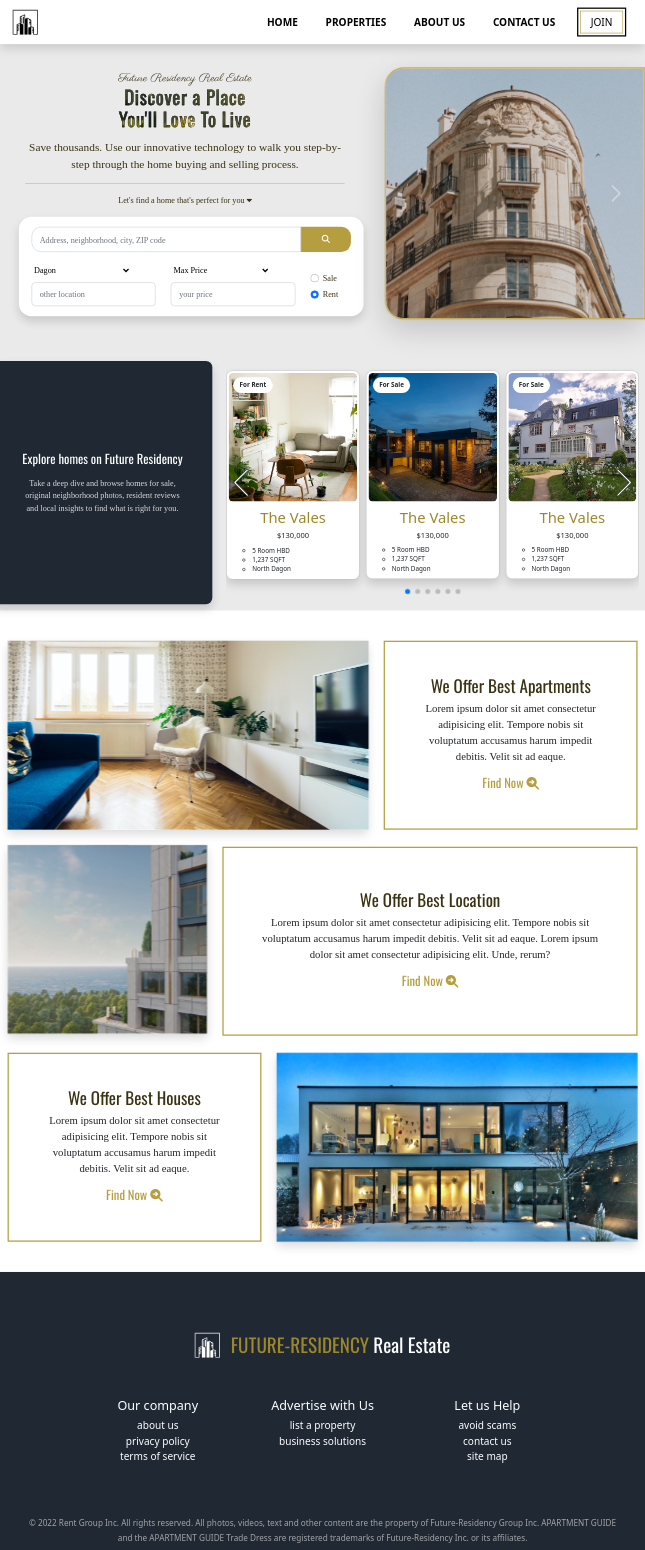
Repository: pyaestk/Future-residency
Page: index.html
The author's editor kept a copy of each file at every save. The page is drawn from the files as they stood at one save, then again after the next save.
The browser window is 1024 px wide. The pictures show the whole page, at 63% of full size.
Pictures or frames that could not be fetched are drawn as grey boxes. Some web fonts or font styles are not loaded; a fallback is used.

Above is the page before, as saved 2022-12-13 21:32:20.

### index.html
<!doctype html>
<html lang="en">

<head>
  <meta charset="utf-8">
  <meta name="viewport" content="width=device-width, initial-scale=1, minimum-scale=1, maximum-scale=1 ">
  <title>FUTURE-RESIDENCY</title>
  <!--bootstrap-->
  <link href="https://cdn.jsdelivr.net/npm/bootstrap@5.2.3/dist/css/bootstrap.min.css" rel="stylesheet"
    integrity="sha384-rbsA2VBKQhggwzxH7pPCaAqO46MgnOM80zW1RWuH61DGLwZJEdK2Kadq2F9CUG65" crossorigin="anonymous">

  <!--custom css-->
  <link rel="stylesheet" href="style.css" type="text/css">
  <link rel="stylesheet" href="styleMobileview.css" type="text/css">
  <link rel="stylesheet" href="styleTabletview.css" type="text/css">

  <!--font awesome-->
  <link rel="stylesheet" href="https://cdnjs.cloudflare.com/ajax/libs/font-awesome/6.2.1/css/all.min.css"
    integrity="sha512-MV7K8+y+gLIBoVD59lQIYicR65iaqukzvf/nwasF0nqhPay5w/9lJmVM2hMDcnK1OnMGCdVK+iQrJ7lzPJQd1w=="
    crossorigin="anonymous" referrerpolicy="no-referrer" />

  <!--swiper js-->
  <link rel="stylesheet" href="https://cdn.jsdelivr.net/npm/swiper@8/swiper-bundle.min.css" />

</head>

<body>

  <!-- background -->
  <div class="background"></div>

  <!--navigation-->
  <nav class="shadow">
    <div class="logo-area">
      <img src="img/FUTURE_ReSIDENCY-removebg-preview.png" alt="logo" class="logo">
      <span>FUTURE-RESIDENCY</span>
    </div>


    <!--desktop-->
    <div class="navlinks" id="nav-right">
      <div class="icon closeMenubar shadow" onclick="hideMenu()">
        <i class="fa-solid fa-xmark"></i>
      </div>
      <ul>
        <li><a href="#">HOME</a></li>
        <li><a href="properties.html">PROPERTIES</a></li>
        <li><a href="aboutUs.html">ABOUT US</a></li>
        <li><a href="contactUs.html">CONTACT US</a></li>
        <a href="singIn.html" class="navibutton">JOIN</a></li>
      </ul>
    </div>
    <div class="icon openMenubar">
      <i class="fa-solid fa-bars" onclick="showMenu()"></i>
    </div>
  </nav>
  <!--end navigation-->


  <!--jumbotron-->
  <div class="jumbotron mb-5">
    <div class="row mt-3">

      <div class="col-md-7 content">
        <div class="row px-5 text-center">
          <div class="col-md-12 mt-4 px-1">
            <div class="subtext text-center">
              <h4 class="mb-0">Future Residency Real Estate</h4>
            </div>
            <p>Discover a Place <br> You'll Love To Live</p>
            <div class="subtext my-2 text-center">
              <span>Save thousands. Use our innovative technology to walk you
                step-by-step through the home buying and selling process.</span>
            </div>
            <hr>
          </div>
        </div>

        <div class="row justify-content-md-center formsession">
          <div class="col-md-12">
            <div class="mb-3 text-center">
              <span style="--delay: .4s; ">
                Let's find a home that's perfect for you <i class="fa-sharp fa-solid fa-caret-down"></i>
              </span>
            </div>
            <div class="searchSection shadow  py-3 " style="--delay: 1s;">
              <div class="row">
                <div class="container input-group form-area mb-3 searchgroup">
                  <input type="text" class="form-control searchbar" placeholder="Address, neighborhood, city, ZIP code">
                  <button><i class="fa-solid fa-magnifying-glass"></i></button>
                </div>
              </div>
              <div class="row">
                <div class="col-md-5 col">
                  <select name="" id="">
                    <option value="">Dagon</option>
                    <option value="">North Dagon</option>
                    <option value="">Yankin</option>
                    <option value="">San Chaung</option>
                  </select>
                  <input type="text" class="form-control" placeholder="other location">
                </div>
                <div class="col-md-5 col">
                  <select name="" id="">
                    <option value="">Max Price</option>
                    <option value="">Average</option>
                    <option value="">Min Price</option>
                  </select>
                  <input type="text" class="form-control" placeholder="your price">
                </div>
                <div class="col-md-2 pt-3 col-3">
                  <div class="form-check">
                    <input class="form-check-input" type="radio" name="flexRadioDefault" id="flexRadioDefault1">
                    <label class="form-check-label" for="flexRadioDefault1">
                      Sale
                    </label>
                  </div>
                  <div class="form-check">
                    <input class="form-check-input" type="radio" name="flexRadioDefault" id="flexRadioDefault2" checked>
                    <label class="form-check-label" for="flexRadioDefault2">
                      Rent
                    </label>
                  </div>
                </div>
              </div>
            </div>
          </div>
        </div>
      </div>

      <div class="col-md-5 text-center customCarousel my-2">
        <div id="carouselExampleCaptions" class="carousel slide w-100" data-bs-ride="true">
          <div class="carousel-inner carouselborder shadow-lg">
            <div class="carousel-item">
              <video src="img/carouselvideo1.mp4" poster="img/video-poster.jpg" autoplay loop muted></video>
            </div>
            <div class="carousel-item">
              <img src="img/pexels-alesia-talkachova-2768311.jpg" alt="">
            </div>
            <div class="carousel-item active">
              <img src="img/pexels-mathias-reding-5331975.jpg" alt="">
            </div>
          </div>
          <button class="carousel-control-next" type="button" data-bs-target="#carouselExampleCaptions"
            data-bs-slide="next">
            <span class="carousel-control-next-icon" aria-hidden="true"></span>
            <span class="visually-hidden">Next</span>
          </button>
        </div>
      </div>
    </div>
  </div>
  <!--end jumbotron-->

  <div class="group1">
    <div class="row">

      <div class="col-md-4">
        <div class="row label2 shadow">
          <div class="col-md-12 text-center" >

            <h3 id="reveal2">Explore homes on Future Residency</h3>
            <p class="sublabel" id="reveal3" style="font-family: 'Cormorant Infant', serif;">
              Take a deep dive and browse homes for sale, original neighborhood photos, resident reviews and local
              insights to find what is right for you.
            </p>

          </div>
        </div>
      </div>

      <div class="col-md-8">

        <div class="row featuredcard">
          <div class="col-md-12">
            <!--index swiperJs-->
            <div class="swiper mySwiper">
              <div class="swiper-wrapper mb-4">
                <div class="swiper-slide">

                  <div class="card salecard shadow">
                    <div class="salecard-img">
                      <img src="img/apartment1.jpg" class="card-img-top" alt="...">
                      <div class="layer">
                        <a href="saleItem.html" class="text-decoration-none text-white"><h6> See More <i class="fa-sharp fa-solid fa-arrow-right-from-bracket"></i></h6></a>
                      </div>
                      <div class="layer2">
                        <span>For Rent</span>
                      </div>
                    </div>
                    <div class="salecard-body">
                      <div class="row">
                        <div class="col-md-12 text-center">
                          <h4>The Vales</h4>
                          <h6>$130,000</h6>
                        </div>
                        <div class="col-md-12">
                          <li>5 Room HBD</li>
                          <li>1,237 SQFT</li>
                          <li>North Dagon</li>
                        </div>
                      </div>
                    </div>
                  </div>

                </div>
                <div class="swiper-slide">

                  <div class="card salecard shadow">
                    <div class="salecard-img">
                      <img src="img/house3.jpg" class="card-img-top" alt="...">
                      <div class="layer">
                        <h6> See More <i class="fa-sharp fa-solid fa-arrow-right-from-bracket"></i></h6>
                      </div>
                      <div class="layer2">
                        <span>For Sale</span>
                      </div>
                    </div>
                    <div class="salecard-body">
                      <div class="row">
                        <div class="col-md-12 text-center">
                          <h4>The Vales</h4>
                          <h6>$130,000</h6>
                        </div>
                        <div class="col-md-12">
                          <li>5 Room HBD</li>
                          <li>1,237 SQFT</li>
                          <li>North Dagon</li>
                        </div>
                      </div>
                    </div>
                  </div>

                </div>
                <div class="swiper-slide">

                  <div class="card salecard shadow">
                    <div class="salecard-img">
                      <img src="img/house1.jpg" class="card-img-top" alt="...">
                      <div class="layer">
                        <h6> See More <i class="fa-sharp fa-solid fa-arrow-right-from-bracket"></i></h6>
                      </div>
                      <div class="layer2">
                        <span>For Sale</span>
                      </div>
                    </div>
                    <div class="salecard-body">
                      <div class="row">
                        <div class="col-md-12 text-center">
                          <h4>The Vales</h4>
                          <h6>$130,000</h6>
                        </div>
                        <div class="col-md-12">
                          <li>5 Room HBD</li>
                          <li>1,237 SQFT</li>
                          <li>North Dagon</li>
                        </div>
                      </div>
                    </div>
                  </div>

                </div>
                <div class="swiper-slide">

                  <div class="card salecard shadow">
                    <div class="salecard-img">
                      <img src="img/house5.jpg" class="card-img-top" alt="...">
                      <div class="layer">
                        <h6> See More <i class="fa-sharp fa-solid fa-arrow-right-from-bracket"></i></h6>
                      </div>
                      <div class="layer2">
                        <span>For Sale</span>
                      </div>
                    </div>
                    <div class="salecard-body">
                      <div class="row">
                        <div class="col-md-12 text-center">
                          <h4>The Vales</h4>
                          <h6>$130,000</h6>
                        </div>
                        <div class="col-md-12">
                          <li>5 Room HBD</li>
                          <li>1,237 SQFT</li>
                          <li>North Dagon</li>
                        </div>
                      </div>
                    </div>
                  </div>

                </div>
                <div class="swiper-slide">

                  <div class="card salecard shadow">
                    <div class="salecard-img">
                      <img src="img/house10.jpg" class="card-img-top" alt="...">
                      <div class="layer">
                        <h6> See More <i class="fa-sharp fa-solid fa-arrow-right-from-bracket"></i></h6>
                      </div>
                      <div class="layer2">
                        <span>For Sale</span>
                      </div>
                    </div>
                    <div class="salecard-body">
                      <div class="row">
                        <div class="col-md-12 text-center">
                          <h4>The Vales</h4>
                          <h6>$130,000</h6>
                        </div>
                        <div class="col-md-12">
                          <li>5 Room HBD</li>
                          <li>1,237 SQFT</li>
                          <li>North Dagon</li>
                        </div>
                      </div>
                    </div>
                  </div>

                </div>
                <div class="swiper-slide">

                  <div class="card salecard shadow">
                    <div class="salecard-img">
                      <img src="img/apartment5.jpg" class="card-img-top" alt="...">
                      <div class="layer">
                        <h6> See More <i class="fa-sharp fa-solid fa-arrow-right-from-bracket"></i></h6>
                      </div>
                      <div class="layer2">
                        <span>For Rent</span>
                      </div>
                    </div>
                    <div class="salecard-body">
                      <div class="row">
                        <div class="col-md-12 text-center">
                          <h4>The Vales</h4>
                          <h6>$130,000</h6>
                        </div>
                        <div class="col-md-12">
                          <li>5 Room HBD</li>
                          <li>1,237 SQFT</li>
                          <li>North Dagon</li>
                        </div>
                      </div>
                    </div>
                  </div>

                </div>

              </div>

              <div class="swiper-button-next" style="color: #ffffff;   -webkit-text-stroke-width: 1px;
              -webkit-text-stroke-color: #1F2833;"></div>

              <div class="swiper-button-prev text-light" style="color: #ffffff;   -webkit-text-stroke-width: 1px;
              -webkit-text-stroke-color: #1F2833;"></div>

              <div class="swiper-pagination"></div>
            </div>
          </div>
          <!--swiperJs end-->
        </div>
      </div>

    </div>
  </div>
  <!--group1 end-->




  <div class="container-fluid pt-5">
    <div class="row pic-container">
      <div class="col-md-7">
        <div class="pic1">
          <img class="shadow" src="img/jarek-ceborski-jn7uVeCdf6U-unsplash.jpg" alt="" id="reveal2">
        </div>
      </div>
      <div class=" col-md-5 d-flex flex-column justify-content-center">
        <div class="pic1-caption d-flex flex-column justify-content-center px-5 align-items-center" >
          <h3 id="reveal">We Offer Best Apartments</h3>
          <span id="reveal2">Lorem ipsum dolor sit amet consectetur adipisicing elit.
             Tempore nobis sit voluptatum accusamus harum impedit debitis.
             Velit sit ad eaque.
          </span>
          <a href="properties.html" class="text-decoration-none"><h6 id="reveal3">Find Now <i class="fa-solid fa-magnifying-glass-arrow-right"></i></h6></a>
        </div>
      </div>
    </div>
  </div>
  <div class="container-fluid pt-2">
    <div class="row mt-3">
      <div class="col-md-4 vid">
        <video class="shadow" src="img/1624370561481-FbR_sea_fin_2905 - converted with Clipchamp.mp4" muted autoplay loop poster="img/Screenshot 2022-12-05 124058.jpg" id="reveal2"></video>
      </div>
      <div class=" col-md-8 d-flex flex-column justify-content-center">
        <div class="vid-caption px-5 d-flex flex-column justify-content-center align-items-center" >
          <h3 id="reveal">We Offer Best Location</h3>
          <span id="reveal2">Lorem ipsum dolor sit amet consectetur adipisicing elit.
            Tempore nobis sit voluptatum accusamus harum impedit debitis.
            Velit sit ad eaque.
            Lorem ipsum dolor sit amet consectetur adipisicing elit. Unde, rerum?
          </span>
          <a href="properties.html" class="text-decoration-none"><h6 id="reveal3">Find Now <i class="fa-solid fa-magnifying-glass-arrow-right"></i></h6></a>
        </div>
      </div>

    </div>
  </div>

  <div class="container-fluid pt-2 mb-5">
    <div class="row mt-3 pic2-container">

      <div class=" col-md-5 d-flex flex-column justify-content-center">
        <div class="pic2-caption px-5 d-flex flex-column justify-content-center align-items-center">
          <h3 id="reveal">We Offer Best Houses</h3>
          <span id="reveal2">Lorem ipsum dolor sit amet consectetur adipisicing elit.
            Tempore nobis sit voluptatum accusamus harum impedit debitis.
            Velit sit ad eaque.
          </span>
          <a href="properties.html" class="text-decoration-none"><h6 id="reveal3">Find Now <i class="fa-solid fa-magnifying-glass-arrow-right"></i></h6></a>
        </div>
      </div>
      <div class="col-md-7 pic2">
        <img class="shadow" src="img/stephan-bechert-yFV39g6AZ5o-unsplash.jpg" alt="" id="reveal">
      </div>

    </div>
  </div>



  <!--footer-->
  <div class="footer pt-5">
    <div class="container text-center text-white">
      <div class="row">
        <div class="col-md-12 my-5" id="reveal3">
          <h2><img src="img/FUTURE_ReSIDENCY-removebg-preview-modified.png" alt="logo" class="logo pb-2"><span>
              FUTURE-RESIDENCY </span> Real Estate</h2>
        </div>
      </div>
      <div class="row pb-5 gap-5 justify-content-md-center">
        <div class="col col-md-3" id="reveal3">
          </ul>
          <h5>Our company</h5>
          <div>about us</div>
          <div>privacy policy</div>
          <div>terms of service</div>
        </div>
        <div class="col-md-auto" id="reveal3">
          <h5>Advertise with Us</h5>
          <div>list a property</div>
          <div>business solutions</div>
        </div>
        <div class="col col-md-3" id="reveal3">
          <h5>Let us Help</h5>
          <div>avoid scams</div>
          <div>contact us</div>
          <div>site map</div>
        </div>
      </div>
      <hr>
      <div class="row text-center pb-2">
        <div class="col-md-12">
          <span class="copyright" id="reveal3">© 2022 Rent Group Inc. All rights reserved. All photos, videos, text and other content
            are the property of Future-Residency Group Inc. APARTMENT GUIDE and the APARTMENT GUIDE Trade Dress
            are registered trademarks of Future-Residency Inc. or its affiliates.</span>
        </div>
      </div>
    </div>
  </div>



  <!--swiper js-->
  <script src="https://cdn.jsdelivr.net/npm/swiper@8/swiper-bundle.min.js"></script>

  <!--javascript-->
  <script src="app.js"></script>

  <!--bootstrap-->
  <script src="https://cdn.jsdelivr.net/npm/bootstrap@5.2.3/dist/js/bootstrap.bundle.min.js"
    integrity="sha384-kenU1KFdBIe4zVF0s0G1M5b4hcpxyD9F7jL+jjXkk+Q2h455rYXK/7HAuoJl+0I4"
    crossorigin="anonymous"></script>
</body>

</html>

### styleTabletview.css

/* mobile view */

@media only screen and (min-width: 768px) and (max-width: 1100px) {
   /* navigation */
  .logo-area span{
    display: none;
  }

  /* jumbotron */
  .jumbotron p{
    font-size: 30px;
    line-height: 35px;
  }
  .subtext h4, .subtext{
    font-size: 18px;
  }
  .indexBackground{
    background: linear-gradient(90deg, #EAEAEA 65%, #EAEAEA -30%);
  }
  .searchSection{
    margin: 10px 10px 10px 30px;
    padding: 10px 20px;
  }
  .carouselborder{
    height: 400px;
  }
  .carouselborder img{
    /* max-height: 129vh; */
    height: 400px;
  }
  .carousel-control-next{
    padding-right: 30px;
  }
  .formsession span{
    font-size: 13px;
  }
  /* jumbotron end */

  /* first group */
  .group1{
    padding-top: 10px;
    padding-bottom: 10px;
  }
  .label2{
    border-radius: 10px;
    padding: 40px 15px 40px 15px;
  }
  .label2 h3{
    font-size: 20px;
  }
  .sublabel{
    font-size: 13px;
    padding-top: 10px;
  }
  .salecard li{
    padding-left: 20px;
  }
  .featuredcard{
    padding: 0 10px;
  }
  /* second group */
  .label{
    color: #1F2833;
    background-color: white;
    margin: 0 10px;
    border-radius: 10px;
  }
  .label h3{
    font-size: 20px;
    padding: 20px 10px;
  }

  .housecard .salecard{
    width: 230px;
    padding: 0;
  }

  .salecard h6{
    font-size: 12px;
    padding-bottom: 0;
  }
  .salecard li{
    font-size: 10px;
    padding-left: 20px;
    list-style-type: circle;
  }
  .layer h5{
    font-size: 12px;
  }

  .layer2{
    font-size: 10px;
    padding: 3px 3px;
  }

  /* properties */
  .searchSection{
    font-size: 13px;
  }
  .searchSection input::placeholder{
    font-size: 13px;
  }

  /* aboutUs */
  .ourhistory .label2{
    color: white;
    background-color: #1F2833;
    padding: 10px;
    margin-right: 0!important;
  }
  .ourhistory .history{
    border-radius: 20px 5px 5px 20px;
    margin-left: 0!important;
  }
  .history{
    text-align: justify;
    font-size: 10px;
  }
  .locationsession{
    text-align: center;
    margin: 10px;
  }
  .about-caption{
    font-size: 13px;
  }
  .conclusion h3{
    font-size: 20px;
  }
  .conclusion p{
    font-size: 13px;
    text-align: justify;
  }

  /* contact us */
  .contactsession h3{
    font-size: 16px;
  }
  .card-text{
    font-size: 14px;
  }
  .contactCard{
    height: 300px;
  }
  .contactCard h4{
    font-size: 18px;
  }
  .contactCard h6{
    font-size: 14px;
  }
  .contactCard p{
    font-size: 12px;
  }
  .locationsession h4{
    font-size: 15px;
  }
  .question span{
    font-size: 13px;
  }

  /* sign in page */
  .login-form{
    margin-top: 25px;
    min-height: 60vh;
  }
  .login-video{
    margin-top: 25px;
  }
  .loginlayer{
    width: 270px;
  }
  .loginlayer h3{
    font-size: 20px;
  }
  .loginlayer h6{
    font-size: 13px;
  }

  /* saleitem page */
  .itemDetail{
    margin-top: 25px;
    margin-bottom: 30px;
  }
  .itemimage{
    position: relative;
    top: 25px;
  }
  }

Loaded but not shown: app.js (123 lines, source omitted); style.css (731 lines, source omitted); styleMobileview.css (261 lines, source omitted)

After the next save:
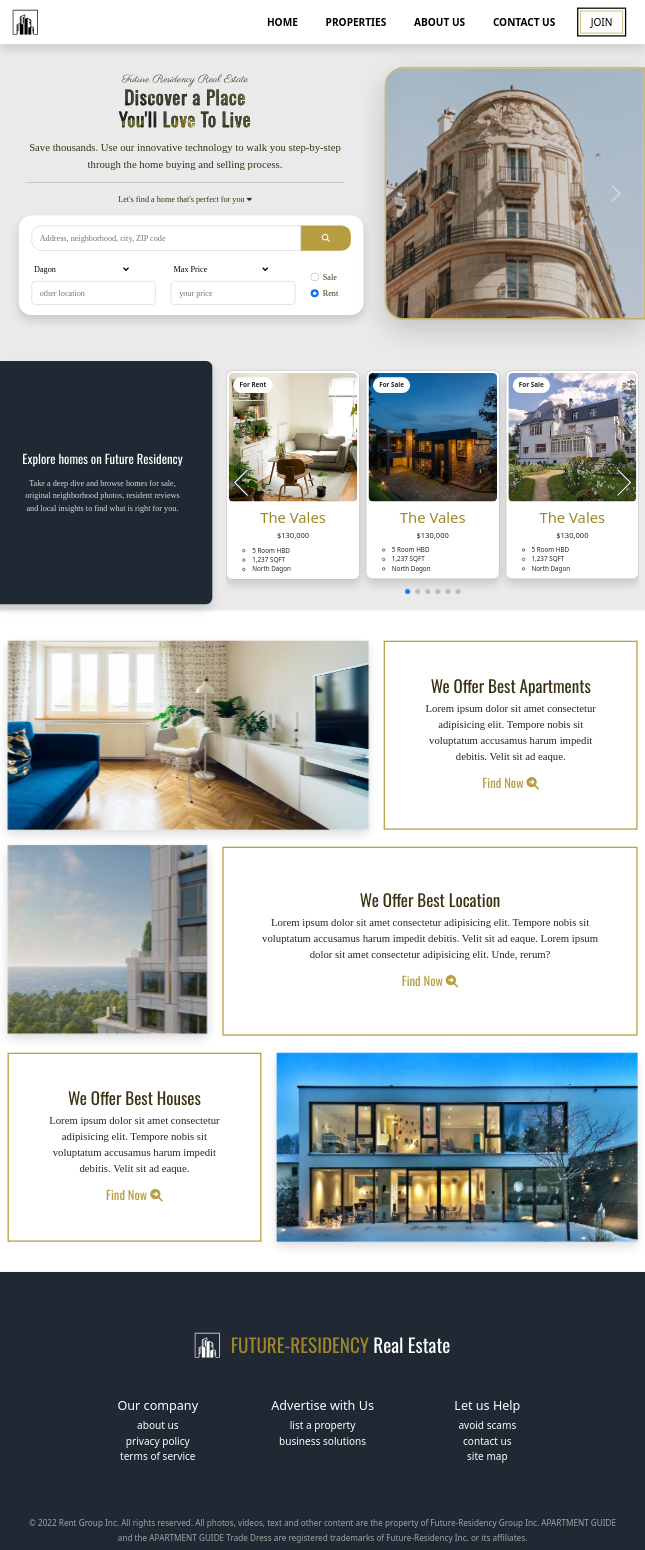
Saved 9 s later.
--- a/styleTabletview.css
+++ b/styleTabletview.css
@@ -13,7 +13,7 @@
     line-height: 35px;
   }
   .subtext h4, .subtext{
-    font-size: 18px;
+    font-size: 17px;
   }
   .indexBackground{
     background: linear-gradient(90deg, #EAEAEA 65%, #EAEAEA -30%);
